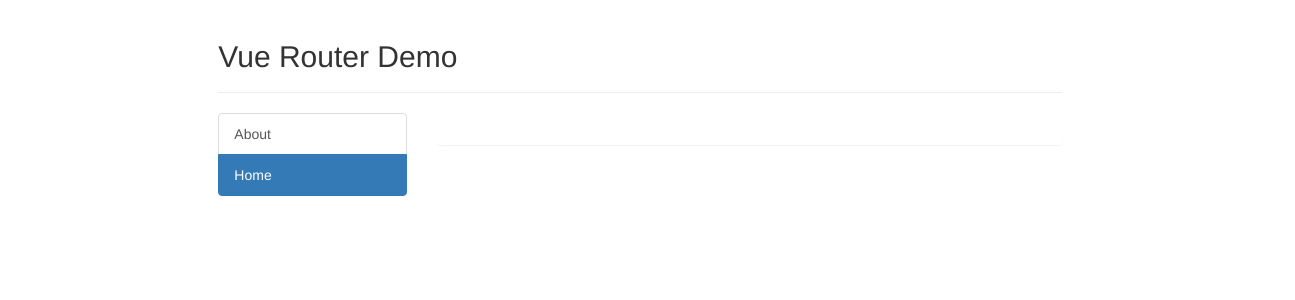
Repository: Crow7277/Vue2-
Page: /#/home/message
These files come from the project's save history. The page is drawn as it stood at one moment and after a run of saves; the edit follows.
The browser window is 1280 px wide. The page is 1295 px wide, so the pictures cover 1295 px, including what lies to the right of the window. The pictures show the whole page.
The project was rebuilt for these pictures with package versions that can differ from the ones it lists, and the page was loaded fresh each time. Also part of the build but not shown: vue.config.js, src/components/About.vue, src/components/Home.vue.

Above is the page before, as saved 2022-04-09 17:02:59.

After the next 2 saves:
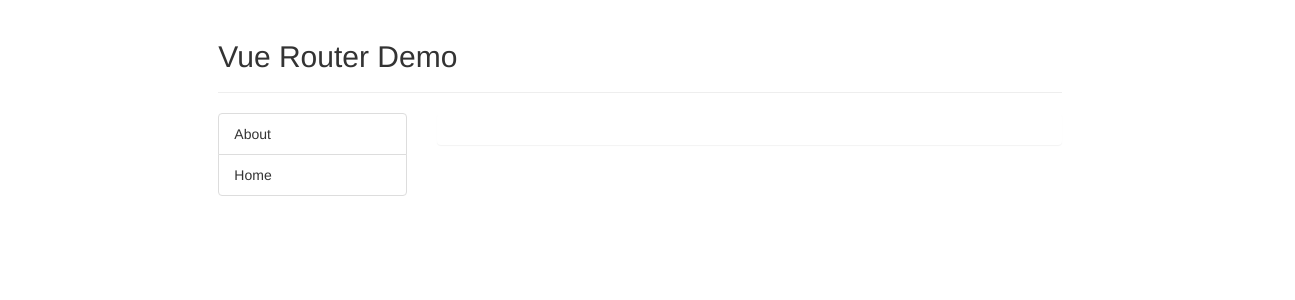
The 2 saves are shown as one change because they came seconds apart.
The last was saved 5 min 18 s later.
--- a/src/main.js
+++ b/src/main.js
@@ -3,14 +3,14 @@
 // 引入App
 import App from './App.vue';
 // 引入路由
-import VueRouter from 'vue-router';
+// import VueRouter from 'vue-router';
 // 引入路由器
 import router from './router';
 // 关闭生产环境提示
 Vue.config.productionTip = false;
 
 // 应用插件
-Vue.use(VueRouter);
+// Vue.use(VueRouter);
 
 // 创建Vue
 new Vue({

After the save that followed:
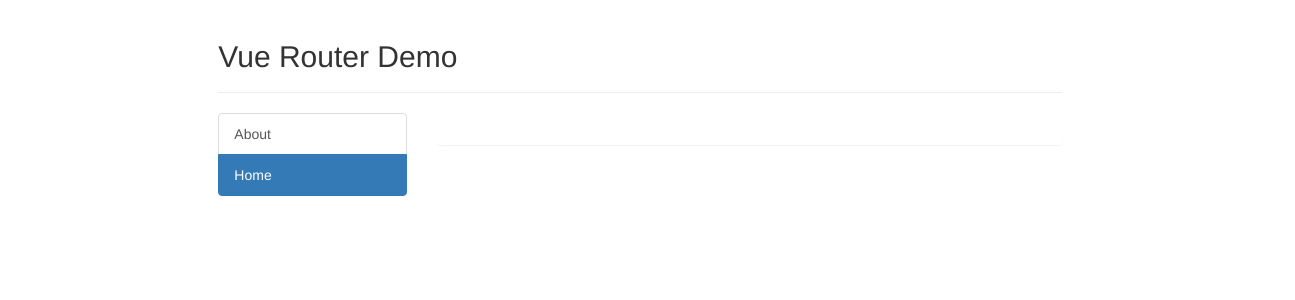
Saved 6 s later.
--- a/src/main.js
+++ b/src/main.js
@@ -3,14 +3,14 @@
 // 引入App
 import App from './App.vue';
 // 引入路由
-// import VueRouter from 'vue-router';
+import VueRouter from 'vue-router';
 // 引入路由器
 import router from './router';
 // 关闭生产环境提示
 Vue.config.productionTip = false;
 
 // 应用插件
-// Vue.use(VueRouter);
+Vue.use(VueRouter);
 
 // 创建Vue
 new Vue({
